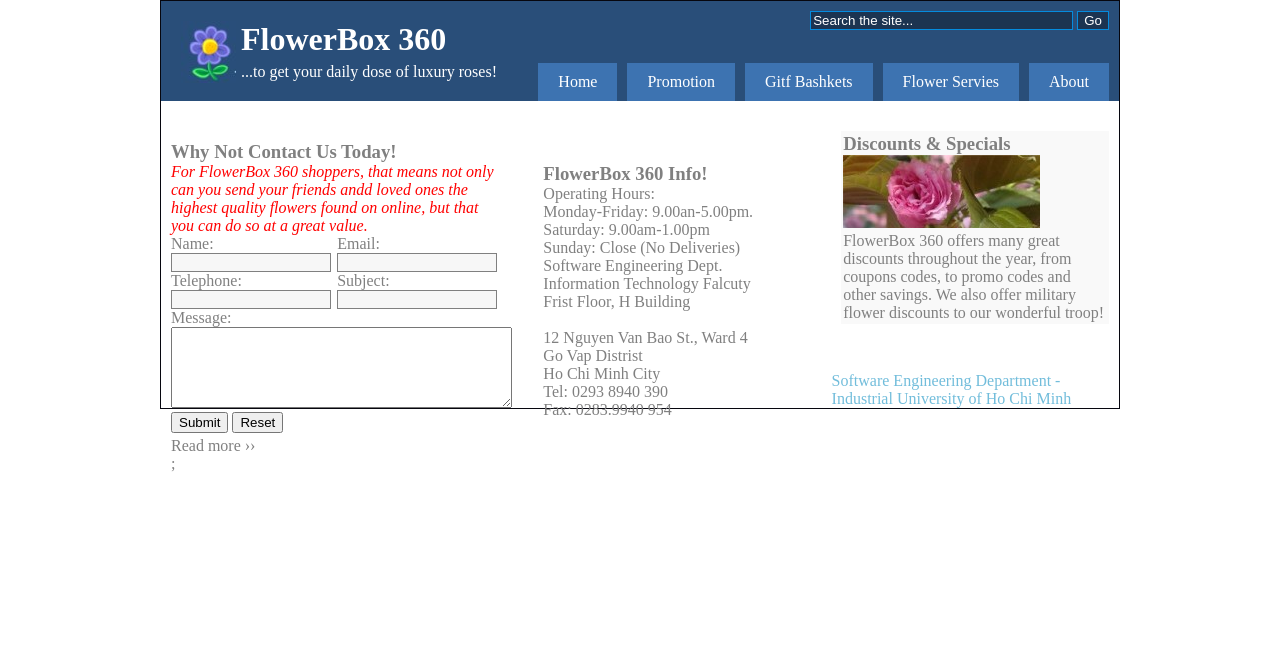
Repository: duongtheng/bai-tap-tuan-6
Page: html/index.html
The author's editor kept a copy of each file at every save. The page is drawn from the files as they stood at one save, then again after the next save.
The browser window is 1280 px wide. The pictures show the whole page.

Above is the page before, as saved 2022-03-23 14:10:10.

### html/index.html
<!DOCTYPE html>
<html lang="en">
<head>
    <meta charset="UTF-8">
    <meta http-equiv="X-UA-Compatible" content="IE=edge">
    <meta name="viewport" content="width=device-width, initial-scale=1.0">
    <title>Tuan 06</title>
    <link rel="stylesheet" href="../css/style.css">
</head>
<body>
    <header>
        <img src="../img/logo.jpg" alt="">
        <h1>FlowerBox 360</h1>
        <p>...to get your daily dose of luxury roses!</p>
        <form action="">
            <input type="search" id="txtSearch" placeholder="Search the site..." size="30">
            <button>Go</button>
        </form>
        <ul class="menu-parent">
            <li><a href="">Home</a></li>
            <li><a href="">Promotion</a></li>
            <li><a href="">Gitf Bashkets</a></li>
            <li><a href="">Flower Servies</a>
                <ul class="menu-child">
                    <li><a href="">Flower for Wedding</a></li>
                    <li><a href="">Flower for Conference</a></li>
                </ul>
            </li>
            <li><a href="">About</a></li>
        </ul>
    </header>
    <section>
        <h3>Why Not Contact Us Today!</h3>
        <form action="">
            <p><i>For FlowerBox 360 shoppers, that means not only can you send your friends andd loved ones
                the highest quality flowers found on online, but that you can do so at a great value.
            </i></p>
            <div class="form-row">
                <div class="form-col">
                    <label for="txtName">Name: </label>
                    <input type="text" id="txtName">
                </div>
                <div class="form-col">
                    <label for="txtEmail">Email: </label>
                    <input type="email" id="txtEmail">
                </div>
            </div>
            <div class="form-row">
                <div class="form-col">
                    <label for="txtName">Telephone: </label>
                    <input type="text" id="txtName">
                </div>
                <div class="form-col">
                    <label for="txtEmail">Subject: </label>
                    <input type="email" id="txtEmail">
                </div>
            </div>
            <div class="form-row">
                <label for="txtMessage">Message: </label>
                <textarea id="txtMessage" cols="40" rows="5"></textarea>
            </div>
            <div class="form-row">
                <button type="submit">Submit </button>
                <button type="reset">Reset </button>
            </div>
        </form>

    <div id="section-right">
        <h3>FlowerBox 360 Info!</h3>
        <p>
            Operating Hours: <br> Monday-Friday: 9.00an-5.00pm. <br> Saturday: 9.00am-1.00pm <br> Sunday: Close (No Deliveries) <br>
        </p>
        <p>
            Software Engineering Dept. <br> Information Technology Falcuty <br> Frist Floor, H Building <br><br>
        </p>
        <p>
            12 Nguyen Van Bao St., Ward 4 <br> Go Vap Distrist <br> Ho Chi Minh City <br> Tel: 0293 8940 390 <br> Fax: 0283.9940 954
        </p>
        <br>
        <p>Read more &#155;&#155;</p>;
    </div>
    </section>
    <aside>
        <h3>Discounts & Specials</h3>
        <img src="../img/flower.jpg" alt="">
        <p>
            FlowerBox 360 offers many great discounts throughout the year, from coupons codes, to promo codes and other savings.
            We also offer military flower discounts to our wonderful troop!
        </p>
    </aside>
    <footer>
        <p>
            <span style="color: white;">Copyright &copy; 2022 - All Rights Reserved - </span>
            <span style="color: rgb(114, 189, 219);">Software Engineering Department - Industrial University of Ho Chi Minh </span>
        </p>
    </footer>
</body>
</html>

### css/style.css
*{
    margin: 0 auto;
    box-sizing: border-box;
}

body{
    width: 960px;
    border: 1px solid rgb(6, 6, 14);
    color: gray;
}

header{
    height: 100px;
    background-color: #294e79;
    position: relative;
    color: white;
}

header img{
    position: absolute;
    top: 20px;
    left: 20px;
}

header h1{
    position: absolute;
    top: 20px;
    left: 80px;
}

header p{
    position: absolute;
    bottom: 20px;
    left: 80px;
}

header form{
    position: absolute;
    top: 10px;
    right: 10px;
}

.menu-parent{
    position: absolute;
    right: 10px;
    bottom: 0;
    display: flex;
    list-style: none;
}

.menu-parent a{
    color: white;
    padding: 10px 20px;
    display: block;
    text-decoration: none;
    background-color: #3d73b1;
    margin-left: 10px;
}

.menu-parent a:hover{
    color: rgb(63, 63, 139);
}

.menu-child{
    display: none;
}

.menu-parent li:hover .menu-child{
    display: block;
    position: absolute;
    margin-left: -40px;
}

header input,
header button{
    background-color: #1c3451;
    border: 1px solid #058bde;
}

header input::-webkit-input-placeholder,
header button{
    color: white;
}

section{
    width: 70%;
    float: left;
    padding: 40px 40px 20px 10px;
}

section form{
    width: 60%;
    float: left;
    padding-right: 40px;
}

section input{
    width: 160px;
    background-color: #f7f7f7;
    border: 1px solid gray;
}

section area{
    background-color: #f7f7f7;
    border: 1px solid gray;
}

section form p:first-child{
    color: red;
    text-shadow: 4px 4px 4px 5px green;
}

.section-right{
    width: 40%;
    float: right;
}

.form-col{
    width: 50%;
    float: left;
}

.form-row{
    clear: both;
    float: left;
}

aside{
    width: 28%;
    float: right;
    margin: 30px 1%;
    background-color: #f9f9f9;
    padding: 2px;
}

After the next save:
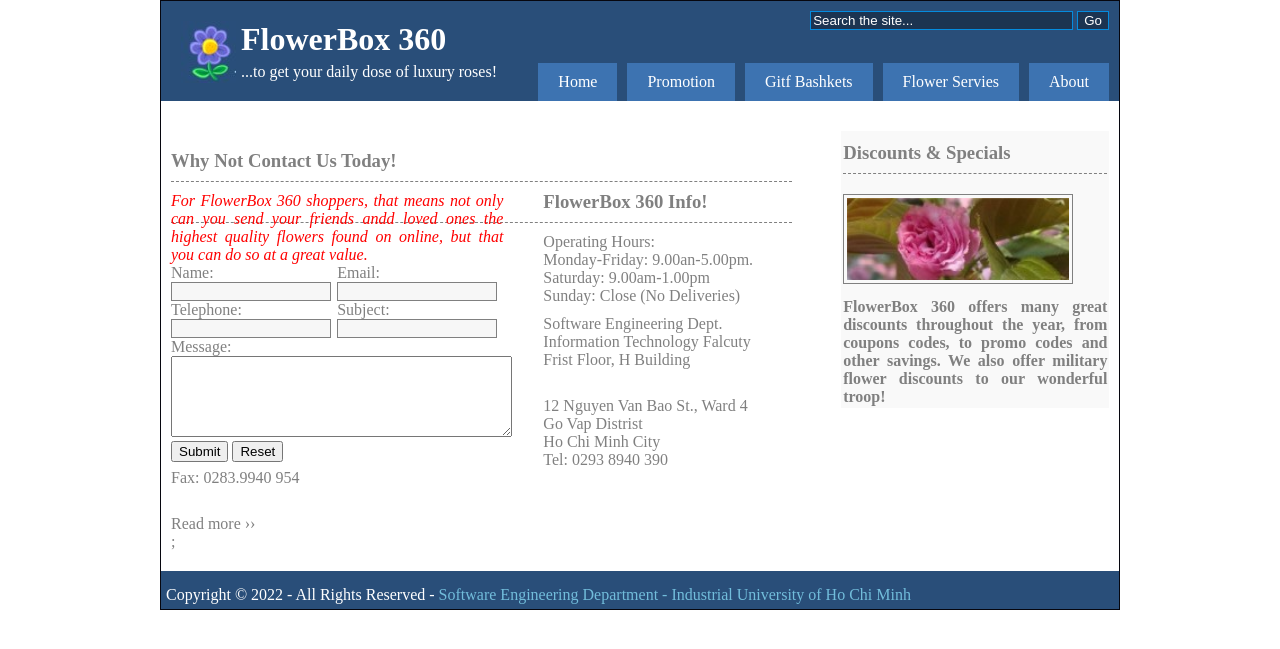
Saved 3 min 49 s later.
--- a/css/style.css
+++ b/css/style.css
@@ -132,3 +132,31 @@ aside{
     background-color: #f9f9f9;
     padding: 2px;
 }
+
+aside img{
+    width: 230px;
+    margin-top: 20px;
+    border: 1px solid gray;
+    padding: 3px;
+}
+
+p{
+    margin-top: 10px;
+    text-align: justify;
+}
+
+aside p:last-child{
+    font-weight: bold;
+    float: right;
+}
+
+h3{
+    border-bottom: 1px dashed gray;
+    line-height: 40px;
+}
+
+footer{
+    clear: both;
+    background-color: #294e79;
+    padding: 5px;
+}
